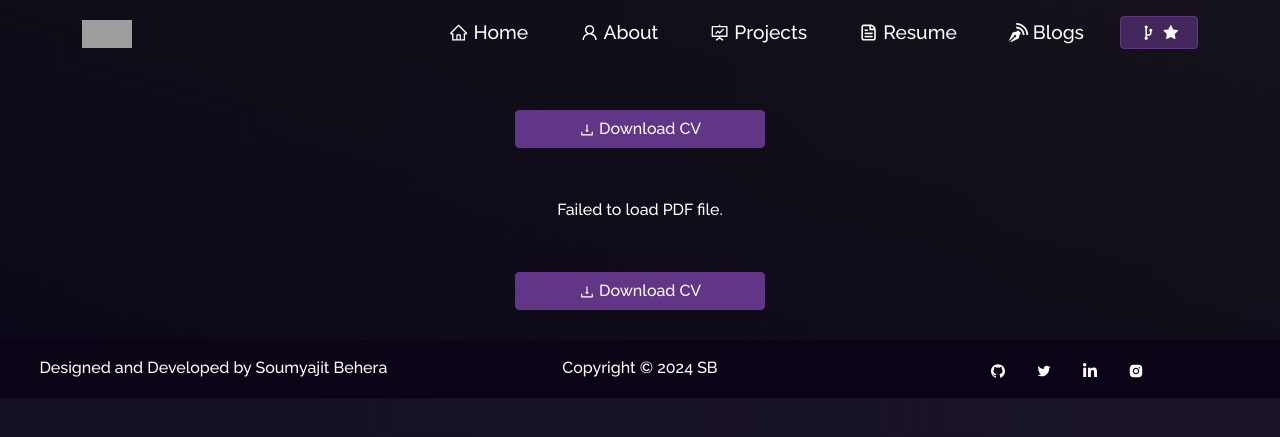
Repository: nenadMarkorvic/personal-website
Page: /resume
These files come from the project's save history. The page is drawn as it stood at one moment and after a run of saves; the edit follows.
The browser window is 1280 px wide. The pictures show the whole page.
Pictures or frames that could not be fetched are drawn as grey boxes. The project was rebuilt for these pictures with package versions that can differ from the ones it lists, and the page was loaded fresh each time. Also part of the build but not shown: src/components/Home/Home2.js, src/components/Home/Type.js, src/components/Home/Home.js, src/components/About/Github.js, src/components/About/Techstack.js, src/components/About/AboutCard.js, src/components/About/Toolstack.js, src/components/About/About.js and 2 more. Imported but missing from the stored project, and not drawn on this page: src/Assets/Nenad Markovic_pcb.pdf.

Above is the page before, as saved 2024-08-29 08:45:20.

### src/components/Navbar.js
import React, { useState } from "react";
import Navbar from "react-bootstrap/Navbar";
import Nav from "react-bootstrap/Nav";
import Container from "react-bootstrap/Container";
import logo from "../Assets/logo.png";
import Button from "react-bootstrap/Button";
import { Link } from "react-router-dom";
import { CgGitFork } from "react-icons/cg";
import { ImBlog } from "react-icons/im";
import {
  AiFillStar,
  AiOutlineHome,
  AiOutlineFundProjectionScreen,
  AiOutlineUser,
} from "react-icons/ai";

import { CgFileDocument } from "react-icons/cg";

function NavBar() {
  const [expand, updateExpanded] = useState(false);
  const [navColour, updateNavbar] = useState(false);

  function scrollHandler() {
    if (window.scrollY >= 20) {
      updateNavbar(true);
    } else {
      updateNavbar(false);
    }
  }

  window.addEventListener("scroll", scrollHandler);

  return (
    <Navbar
      expanded={expand}
      fixed="top"
      expand="md"
      className={navColour ? "sticky" : "navbar"}
    >
      <Container>
        <Navbar.Brand href="/" className="d-flex">
          <img src={logo} className="img-fluid logo" alt="brand" />
        </Navbar.Brand>
        <Navbar.Toggle
          aria-controls="responsive-navbar-nav"
          onClick={() => {
            updateExpanded(expand ? false : "expanded");
          }}
        >
          <span></span>
          <span></span>
          <span></span>
        </Navbar.Toggle>
        <Navbar.Collapse id="responsive-navbar-nav">
          <Nav className="ms-auto" defaultActiveKey="#home">
            <Nav.Item>
              <Nav.Link as={Link} to="/" onClick={() => updateExpanded(false)}>
                <AiOutlineHome style={{ marginBottom: "2px" }} /> Home
              </Nav.Link>
            </Nav.Item>

            <Nav.Item>
              <Nav.Link
                as={Link}
                to="/about"
                onClick={() => updateExpanded(false)}
              >
                <AiOutlineUser style={{ marginBottom: "2px" }} /> About
              </Nav.Link>
            </Nav.Item>

            <Nav.Item>
              <Nav.Link
                as={Link}
                to="/project"
                onClick={() => updateExpanded(false)}
              >
                <AiOutlineFundProjectionScreen
                  style={{ marginBottom: "2px" }}
                />{" "}
                Projects
              </Nav.Link>
            </Nav.Item>

            <Nav.Item>
              <Nav.Link
                as={Link}
                to="/resume"
                onClick={() => updateExpanded(false)}
              >
                <CgFileDocument style={{ marginBottom: "2px" }} /> Resume
              </Nav.Link>
            </Nav.Item>

            <Nav.Item>
              <Nav.Link
                href="https://soumyajitblogs.vercel.app/"
                target="_blank"
                rel="noreferrer"
              >
                <ImBlog style={{ marginBottom: "2px" }} /> Blogs
              </Nav.Link>
            </Nav.Item>

            <Nav.Item className="fork-btn">
              <Button
                href="nenadMarkorvic"
                target="_blank"
                className="fork-btn-inner"
              >
                <CgGitFork style={{ fontSize: "1.2em" }} />{" "}
                <AiFillStar style={{ fontSize: "1.1em" }} />
              </Button>
            </Nav.Item>
          </Nav>
        </Navbar.Collapse>
      </Container>
    </Navbar>
  );
}

export default NavBar;

### src/components/Footer.js
import React from "react";
import { Container, Row, Col } from "react-bootstrap";
import {
  AiFillGithub,
  AiOutlineTwitter,
  AiFillInstagram,
} from "react-icons/ai";
import { FaLinkedinIn } from "react-icons/fa";

function Footer() {
  let date = new Date();
  let year = date.getFullYear();
  return (
    <Container fluid className="footer">
      <Row>
        <Col md="4" className="footer-copywright">
          <h3>Designed and Developed by Soumyajit Behera</h3>
        </Col>
        <Col md="4" className="footer-copywright">
          <h3>Copyright © {year} SB</h3>
        </Col>
        <Col md="4" className="footer-body">
          <ul className="footer-icons">
            <li className="social-icons">
              <a
                href="https://github.com/soumyajit4419"
                style={{ color: "white" }}
                target="_blank"
                rel="noopener noreferrer"
              >
                <AiFillGithub />
              </a>
            </li>
            <li className="social-icons">
              <a
                href="https://twitter.com/Soumyajit4419"
                style={{ color: "white" }}
                target="_blank"
                rel="noopener noreferrer"
              >
                <AiOutlineTwitter />
              </a>
            </li>
            <li className="social-icons">
              <a
                href="https://www.linkedin.com/in/soumyajit4419/"
                style={{ color: "white" }}
                target="_blank"
                rel="noopener noreferrer"
              >
                <FaLinkedinIn />
              </a>
            </li>
            <li className="social-icons">
              <a
                href="https://www.instagram.com/soumyajit4419"
                style={{ color: "white" }}
                target="_blank"
                rel="noopener noreferrer"
              >
                <AiFillInstagram />
              </a>
            </li>
          </ul>
        </Col>
      </Row>
    </Container>
  );
}

export default Footer;

### src/components/Resume/ResumeNew.js
import React, { useState, useEffect } from "react";
import { Container, Row } from "react-bootstrap";
import Button from "react-bootstrap/Button";
import Particle from "../Particle";
import pdf from "../../Assets/Nenad Markovic_pcb.pdf";
import { AiOutlineDownload } from "react-icons/ai";
import { Document, Page, pdfjs } from "react-pdf";
import "react-pdf/dist/esm/Page/AnnotationLayer.css";
pdfjs.GlobalWorkerOptions.workerSrc = `//cdnjs.cloudflare.com/ajax/libs/pdf.js/${pdfjs.version}/pdf.worker.min.js`;

function ResumeNew() {
  const [width, setWidth] = useState(1200);

  useEffect(() => {
    setWidth(window.innerWidth);
  }, []);

  return (
    <div>
      <Container fluid className="resume-section">
        <Particle />
        <Row style={{ justifyContent: "center", position: "relative" }}>
          <Button
            variant="primary"
            href={pdf}
            target="_blank"
            style={{ maxWidth: "250px" }}
          >
            <AiOutlineDownload />
            &nbsp;Download CV
          </Button>
        </Row>

        <Row className="resume">
          <Document file={pdf} className="d-flex justify-content-center">
            <Page pageNumber={1} scale={width > 786 ? 1.7 : 0.6} />
          </Document>
        </Row>

        <Row style={{ justifyContent: "center", position: "relative" }}>
          <Button
            variant="primary"
            href={pdf}
            target="_blank"
            style={{ maxWidth: "250px" }}
          >
            <AiOutlineDownload />
            &nbsp;Download CV
          </Button>
        </Row>
      </Container>
    </div>
  );
}

export default ResumeNew;

### src/components/Particle.js
import React from "react";
import Particles from "react-tsparticles";

function Particle() {
  return (
    <Particles
      id="tsparticles"
      params={{
        particles: {
          number: {
            value: 160,
            density: {
              enable: true,
              value_area: 1500,
            },
          },
          line_linked: {
            enable: false,
            opacity: 0.03,
          },
          move: {
            direction: "right",
            speed: 0.05,
          },
          size: {
            value: 1,
          },
          opacity: {
            anim: {
              enable: true,
              speed: 1,
              opacity_min: 0.05,
            },
          },
        },
        interactivity: {
          events: {
            onclick: {
              enable: true,
              mode: "push",
            },
          },
          modes: {
            push: {
              particles_nb: 1,
            },
          },
        },
        retina_detect: true,
      }}
    />
  );
}

export default Particle;

Loaded but not shown: public/index.html (common file); src/index.js (common file); src/index.css (common file); src/App.js (common file); src/reportWebVitals.js (common file); src/components/Pre.js (common file); src/components/ScrollToTop.js (common file); src/style.css (common file); src/App.css (common file)

After the next 2 saves:
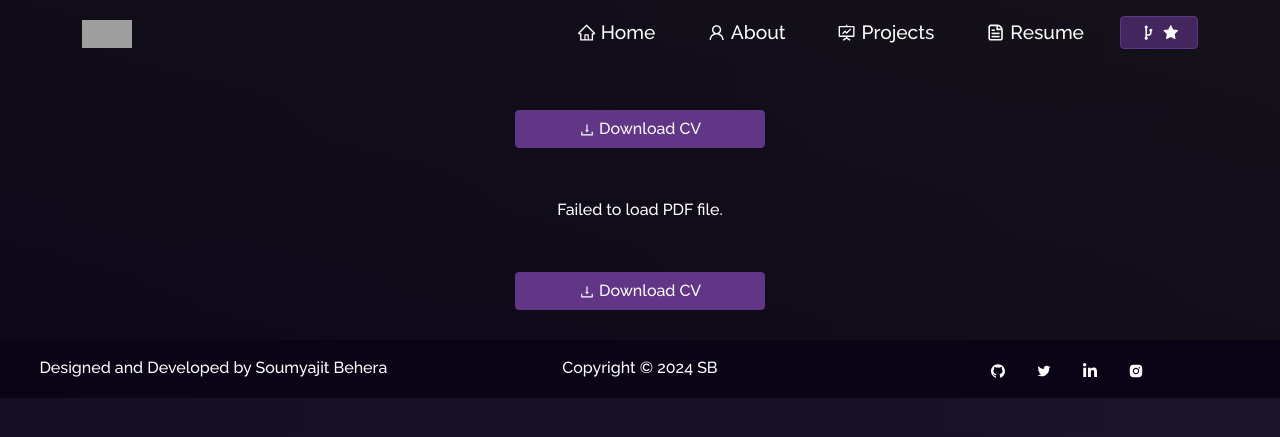
The 2 saves are shown as one change because they came seconds apart.
The last was saved 38 s later.
--- a/src/components/Navbar.js
+++ b/src/components/Navbar.js
@@ -92,16 +92,6 @@ function NavBar() {
               </Nav.Link>
             </Nav.Item>
 
-            <Nav.Item>
-              <Nav.Link
-                href="https://soumyajitblogs.vercel.app/"
-                target="_blank"
-                rel="noreferrer"
-              >
-                <ImBlog style={{ marginBottom: "2px" }} /> Blogs
-              </Nav.Link>
-            </Nav.Item>
-
             <Nav.Item className="fork-btn">
               <Button
                 href="nenadMarkorvic"
